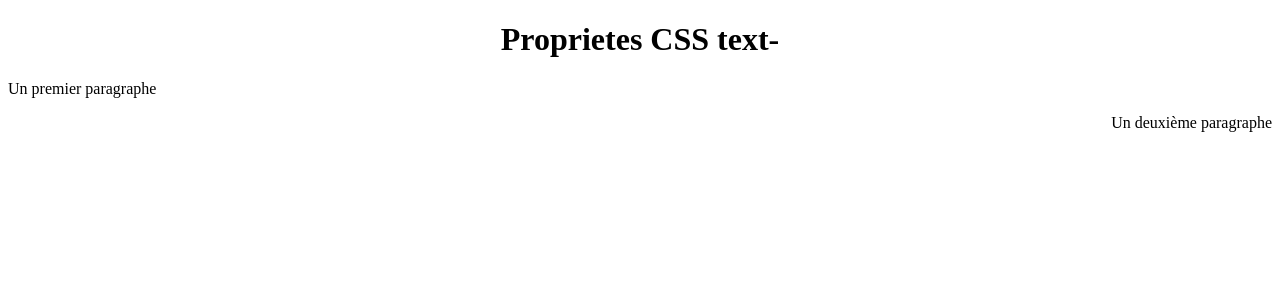
Repository: serviceshuios/-git-reference-java-lyon-worspace
Page: workspaceWeb/MaPremierePage/WebContent/miseEnFormeTexte.html
These files come from the project's save history. The page is drawn as it stood at one moment and after the next save; the edit follows.
The browser window is 1280 px wide. The pictures show the whole page.

Above is the page before, as saved 2017-04-04 07:29:02.

### workspaceWeb/MaPremierePage/WebContent/miseEnFormeTexte.html
<!DOCTYPE html>
<html>
<head>
<meta charset="UTF-8">
	<title>mise en forme de texte</title>
	<link rel="stylesheet" href="css/style9.css" />
</head>
<body>
	<h1>Proprietes CSS text-</h1>
	<p class="p1">Un premier paragraphe</p>
	<p class="p2">Un deuxième paragraphe</p>
</body>
</html>

### workspaceWeb/MaPremierePage/WebContent/css/style9.css
h1{
	text-align: center;
}
.p1{
	text-align:left;
}
.p2 {
	text-align:right;
}

After the next save:
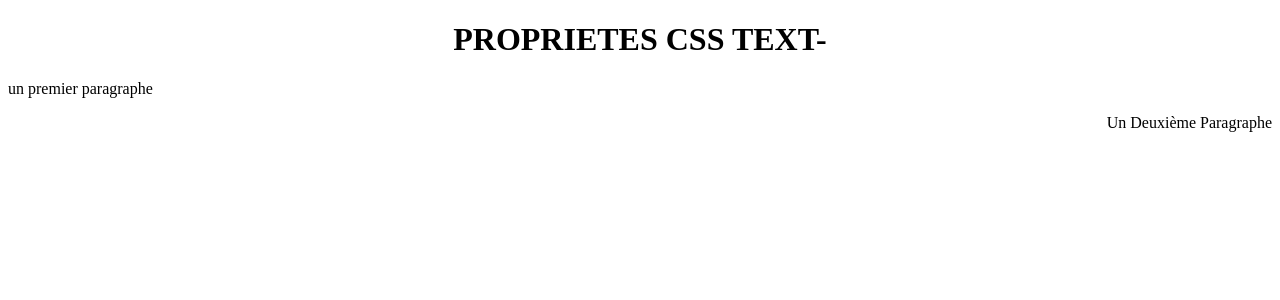
Saved 2 min 12 s later.
--- a/workspaceWeb/MaPremierePage/WebContent/css/style9.css
+++ b/workspaceWeb/MaPremierePage/WebContent/css/style9.css
@@ -1,9 +1,12 @@
 h1{
 	text-align: center;
+	text-transform: uppercase;
 }
 .p1{
 	text-align:left;
+	text-transform: lowercase;
 }
 .p2 {
 	text-align:right;
+	text-transform: capitalize;
 }
